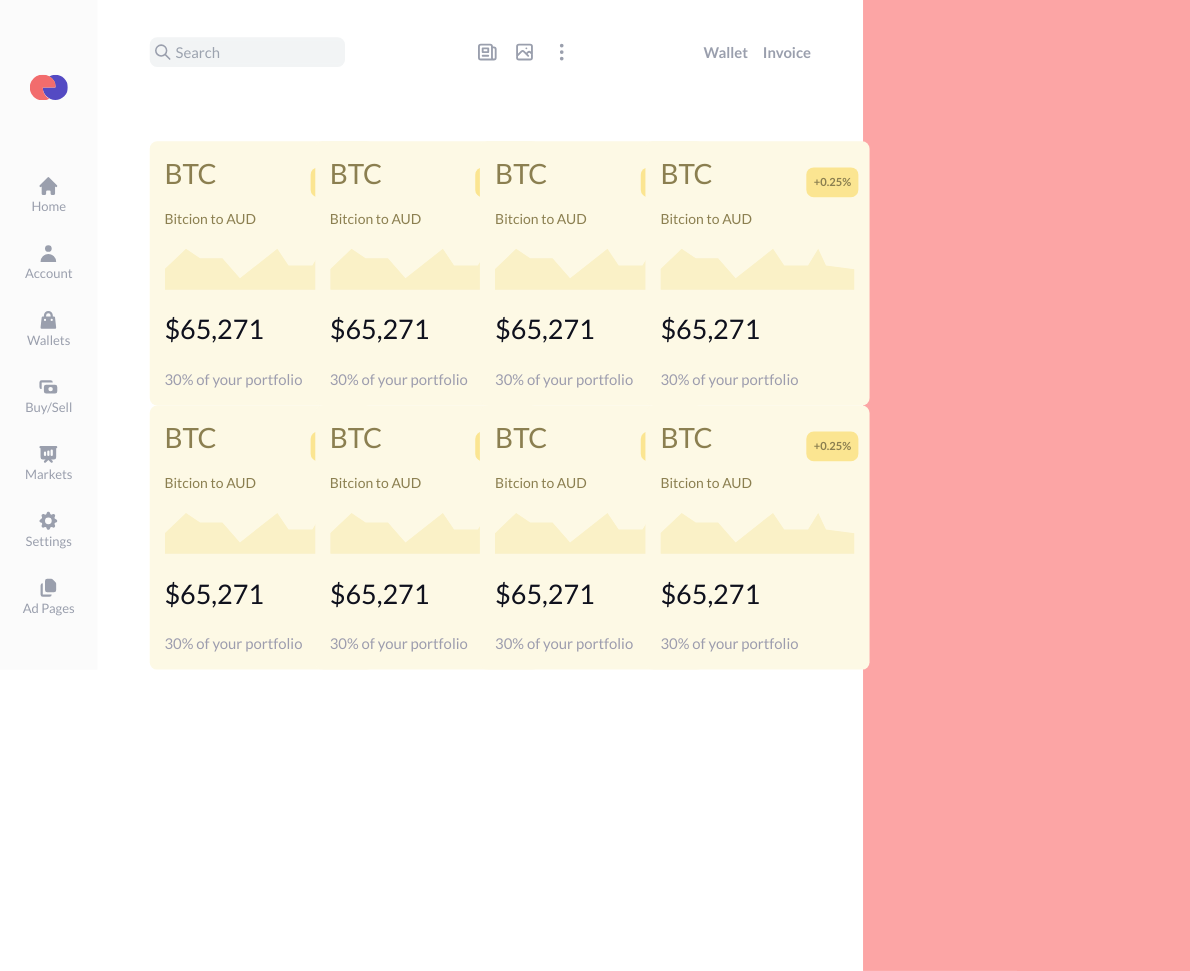
Repository: almaqdad55/crypto-app-nextjs
Page: /
An editor plug-in stored every save of this project. The page is shown before and after the next save, followed by the edit.
The browser window is 1280 px wide. The pictures show the whole page, at 93% of full size.
The project was rebuilt for these pictures with package versions that can differ from the ones it lists, and the page was loaded fresh each time. The framework's server and built-in components were replaced by stand-ins that run in the browser.

Above is the page before, as saved 2022-01-04 21:04:32.

### pages/index.js
import Head from 'next/head';
import Sidebar from '../components/Sidebar';
import Feed from '../components/Feed';
import Widget from '../components/Widget';

export default function Home() {
  return (
    <div className="">
      <Head>
        <title>Crypto Trade</title>
        <link rel="icon" href="/logo.svg" />
      </Head>

      <main className="flex">
        <Sidebar />
        <Feed />
        <Widget />
      </main>
    </div>
  );
}

### styles/globals.css
@import url('https://fonts.googleapis.com/css2?family=Lato:wght@300;400;700&display=swap');

@tailwind base;
@tailwind components;
@tailwind utilities;

@layer base {
  body {
    @apply bg-white font-Lato;
  }
}

@layer components {
  .icon-group {
    @apply flex flex-col  items-center text-sm cursor-pointer text-[#9A9FAD] hover:text-[#544AC3] transition duration-200;
  }
}

### components/Sidebar.jsx
import {
  HomeIcon,
  UserIcon,
  CashIcon,
  ShoppingBagIcon,
  PresentationChartBarIcon,
  CogIcon,
  DocumentDuplicateIcon,
} from '@heroicons/react/solid';

const Sidebar = () => {
  return (
    <div className="flex flex-col items-center  h-screen w-[142px]  bg-[#fbfbfb] ">
      <div className="mt-20">
        <img src="/logo.svg" alt="" />
      </div>
      <div className="mb-40 mt-20 flex flex-col space-y-7">
        <div className="icon-group group">
          <HomeIcon className="h-6 " />
          <span className="">Home</span>
        </div>
        <div className="icon-group group">
          <UserIcon className="h-6 " />
          <span className="">Account</span>
        </div>
        <div className="icon-group group">
          <ShoppingBagIcon className="h-6 " />
          <span className="">Wallets</span>
        </div>
        <div className="icon-group group ">
          <CashIcon className="h-6 " />
          <span className="">Buy/Sell</span>
        </div>
        <div className="icon-group group">
          <PresentationChartBarIcon className="h-6 " />
          <span className="">Markets</span>
        </div>
        <div className="icon-group group">
          <CogIcon className="h-6 " />
          <span className="">Settings</span>
        </div>
        <div className="icon-group group">
          <DocumentDuplicateIcon className="h-6 " />
          <span className="">Ad Pages</span>
        </div>
      </div>
    </div>
  );
};

export default Sidebar;

### components/Feed.jsx
import {
  DotsVerticalIcon,
  PhotographIcon,
  NewspaperIcon,
  SearchIcon,
} from '@heroicons/react/outline';

import Card from './Card';

// import { SearchIcon } from '@heroicons/react/solid';
const Feed = () => {
  return (
    <div className=" flex-grow  bg-white px-14 py-10 space-y-20">
      {/* Top Menu */}
      <div className="flex items-center  justify-between ">
        <div className="flex items-center bg-[#F2F4F5] rounded-lg p-1 space-x-1">
          <SearchIcon className="h-5 text-[#9A9FAD]" />
          <input
            type="text"
            placeholder={`Search`}
            className="outline-none bg-[#F2F4F5]"
          />
        </div>
        <div className="flex space-x-4 text-[#9A9FAD] ">
          <NewspaperIcon className="h-6 " />
          <PhotographIcon className="h-6 " />
          <DotsVerticalIcon className="h-6 " />
        </div>
        <div className="flex text-[16px] font-bold space-x-4 text-[#9A9FAD]  ">
          <p className="">Wallet</p>
          <p className="">Invoice</p>
        </div>
      </div>

      {/* Cards Display */}
      <div className="grid grid-cols-4 grid-rows-3">
        <Card />
        <Card />
        <Card />
        <Card />
        <Card />
        <Card />
        <Card />
        <Card />
      </div>
    </div>
  );
};

export default Feed;

### components/Widget.jsx
const Widget = () => {
  return <div className="bg-red-300 min-w-[352px]"></div>;
};

export default Widget;

### components/Card.jsx
const Card = () => {
  return (
    <div className="  flex flex-col justify-between w-[241px] h-[284px] bg-[#FDF9E5] rounded-lg relative text-[#8B7F50] p-4">
      <div className="absolute bg-[#FBE591] text-[#8B7F50] text-xs rounded-lg p-2 font-bold top-7 right-3">
        +0.25%
      </div>
      <h1 className="text-3xl ">BTC</h1>
      <p className="text-[15px]">Bitcion to AUD</p>

      <img src="/bg-btc.svg" alt="" className="  " />
      <p className="text-[29px] text-[#0F111D]">$65,271</p>
      <p className="text-[#9D9DAE]">30% of your portfolio</p>
    </div>
  );
};

export default Card;

### tailwind.config.js
module.exports = {
  content: [
    './pages/**/*.{js,ts,jsx,tsx}',
    './components/**/*.{js,ts,jsx,tsx}',
  ],
  theme: {
    extend: {
      fontFamily: {
        Lato: ['Lato', 'sans-serif'],
      },
    },
  },
  plugins: [],
};

Loaded but not shown: pages/_app.js (common file)

After the next save:
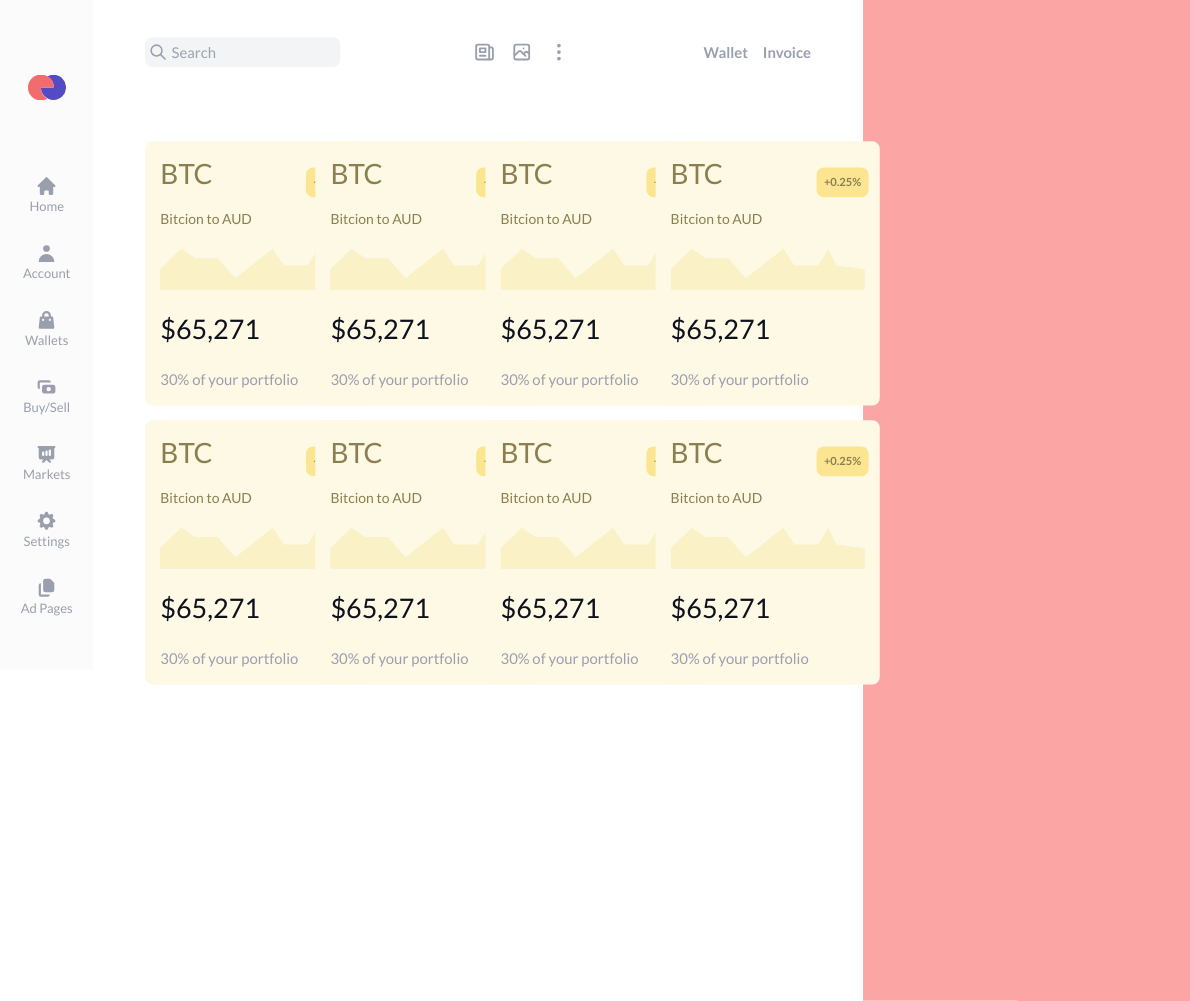
Saved 13 s later.
--- a/components/Feed.jsx
+++ b/components/Feed.jsx
@@ -33,7 +33,7 @@ const Feed = () => {
       </div>
 
       {/* Cards Display */}
-      <div className="grid grid-cols-4 grid-rows-3">
+      <div className="grid grid-cols-4 grid-rows-3 gap-4">
         <Card />
         <Card />
         <Card />
